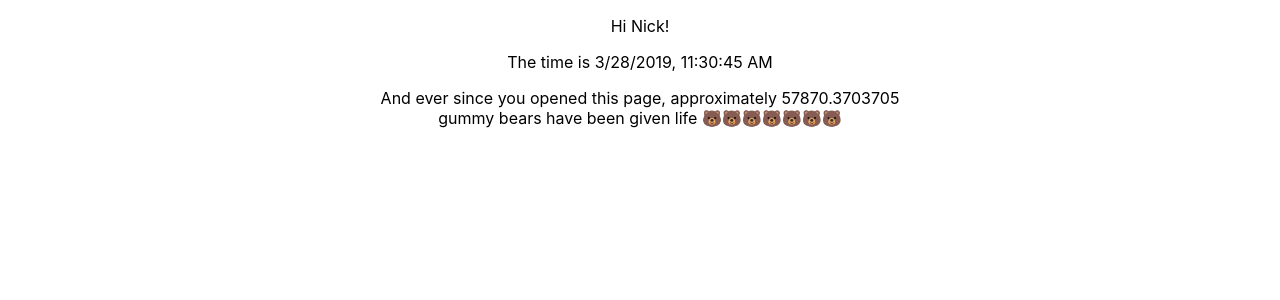
Repository: crispinonicky/gummy-facts
Page: /
These files come from the project's save history. The page is drawn as it stood at one moment and after the next save; the edit follows.
The browser window is 1280 px wide. The pictures show the whole page.
The project was rebuilt for these pictures with package versions that can differ from the ones it lists, and the page was loaded fresh each time.

Above is the page before, as saved 2019-03-28 14:10:07.

### src/App.js
import React, { Component } from 'react';
import './App.css';
import Clock from './components/Clock';
import Gummies from './components/Gummies';


class App extends Component {
  constructor(props){
    super(props)

    this.state = {
      name: "Nick"
    }

  }



  render() {
    return (
      <div className="App">


      <p>
        Hi {this.state.name}!
      </p>

        <Clock />
        <Gummies />


      </div>
    );
  }
}

export default App;

### src/components/Clock.js
import React, { Component } from "react";
import "../App.css";

let time = new Date().toLocaleString();
// let timeInt = parseInt(time).toString

class Clock extends React.Component {
  constructor(props) {

    super(props)
    this.state = {
      time: new Date().toLocaleString(),
    };
  }

  componentDidMount() {
    this.intervalID = setInterval(
      () => this.tick(),
      1000
    )
  }

  componentWillUnmount() {
    clearInterval(this.intervalID);
  }

  tick() {
    this.setState({
      time: new Date().toLocaleString()
    });
  }

  render() {
    return (
      <div>
      <p>
        The time is {this.state.time}
      </p>
      </div>
    );
  }
}

console.log(typeof time)



export default Clock;

### src/components/Gummies.js
const React = require('react')

class Gummies extends React.Component {
  constructor(props) {
    super(props);
    this.state = {
      seconds: 0,
      gummyRatio: 115.740740741
    };
  }

  tick() {
    this.setState(state => ({
      seconds: state.seconds + 1
    }));
  }

  componentDidMount() {
    this.interval = setInterval(() => this.tick(), 10);
  }

  componentWillUnmount() {
    clearInterval(this.interval);
  }


  render() {

    return (

      <div>
        <p>
        And ever since you opened this page, approximately {this.state.seconds * 115.740740741}
        <br/>
        gummy bears have been given life 🐻🐻🐻🐻🐻🐻🐻
        </p>
      </div>
    );
  }
}

export default Gummies;

Loaded but not shown: public/index.html (common file); src/index.js (common file); src/index.css (common file); src/serviceWorker.js (common file); src/App.css (common file)

After the next save:
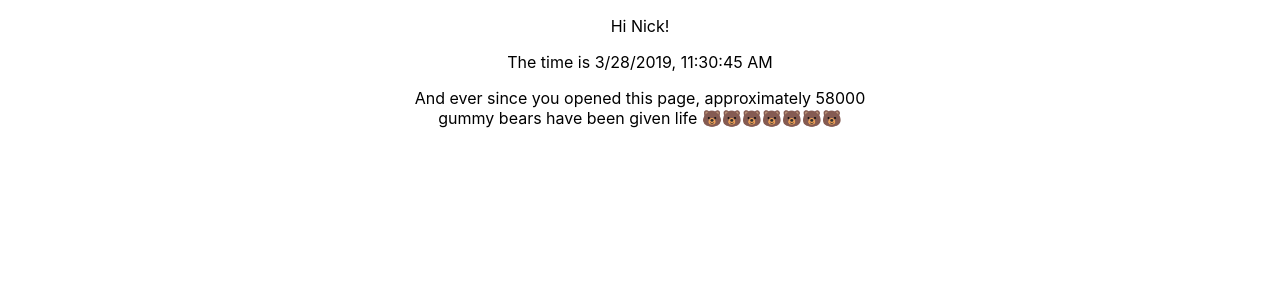
Saved 25 s later.
--- a/src/components/Gummies.js
+++ b/src/components/Gummies.js
@@ -30,7 +30,7 @@ class Gummies extends React.Component {
 
       <div>
         <p>
-        And ever since you opened this page, approximately {this.state.seconds * 115.740740741}
+        And ever since you opened this page, approximately {this.state.seconds * 116}
         <br/>
         gummy bears have been given life 🐻🐻🐻🐻🐻🐻🐻
         </p>
